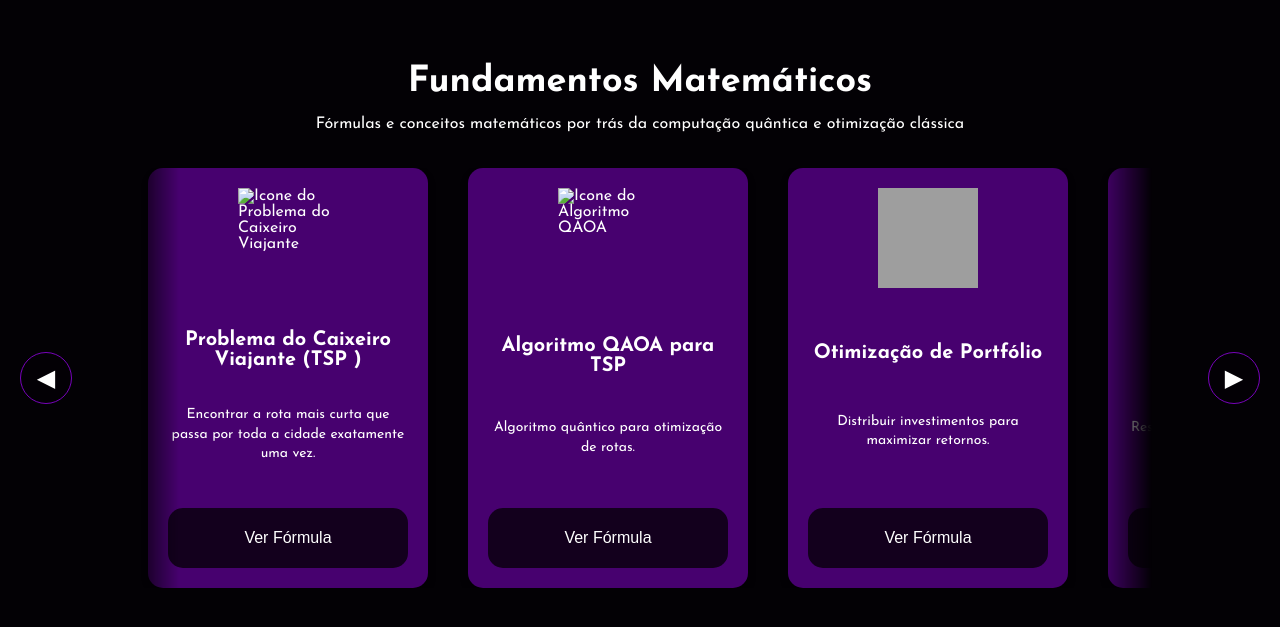
Repository: Everson9/Projeto-de-escalabilidade-quantica-definitivo
Page: fundamentos.html
The author's editor kept a copy of each file at every save. The page is drawn from the files as they stood at one save, then again after the next save.
The browser window is 1280 px wide. The pictures show the whole page.
Pictures or frames that could not be fetched are drawn as grey boxes.

Above is the page before, as saved 2025-10-01 10:00:29.
Not found: script.js

After the next save:
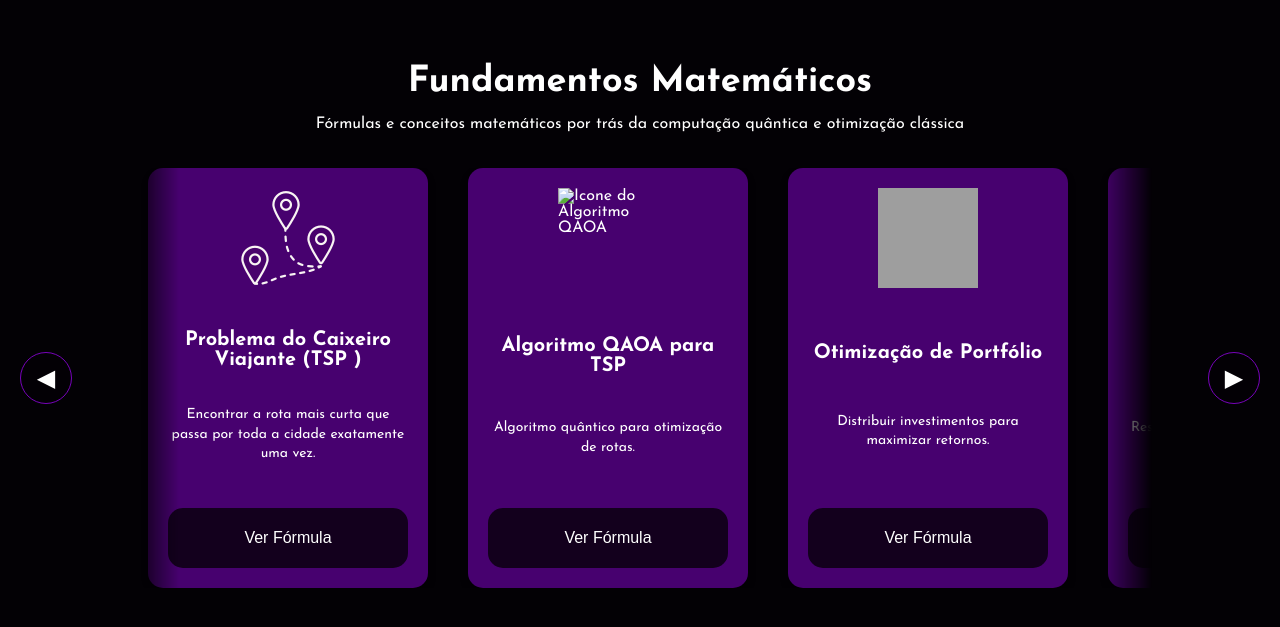
Saved 10 s later.
--- a/fundamentos.html
+++ b/fundamentos.html
@@ -24,7 +24,7 @@
             <div class="carousel-track">
                 <!-- Cards Originais -->
                 <div class="formula_1">
-                    <img src="" alt="Ícone do Problema do Caixeiro Viajante">
+                    <img src="imgs_icones/CaixeiroViajante.png" alt="Ícone do Problema do Caixeiro Viajante">
                     <h4>Problema do Caixeiro Viajante (TSP )</h4>
                     <p>Encontrar a rota mais curta que passa por toda a cidade exatamente uma vez.</p>
                     <button class="button">Ver Fórmula</button>
